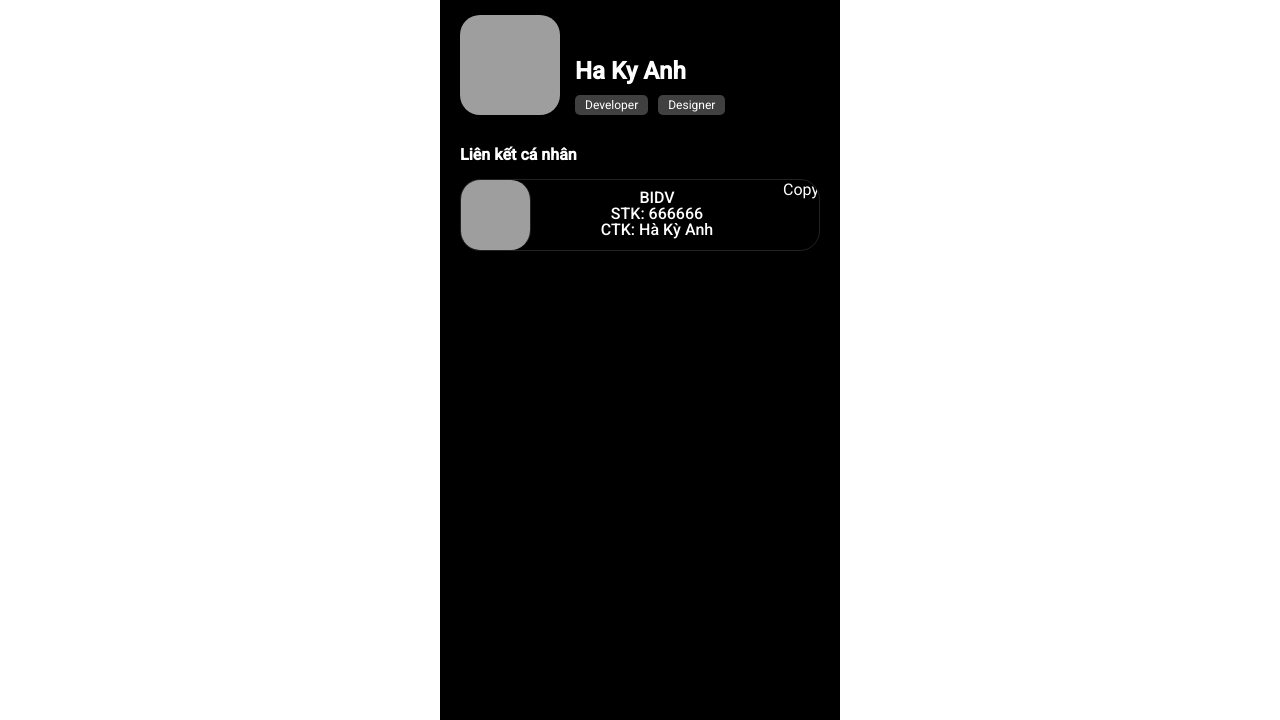
Repository: yzarc204/nguyen-tien-viet-hoang
Page: thong-tin-thanh-toan/index.html
These files come from the project's save history. The page is drawn as it stood at one moment and after the next save; the edit follows.
The browser window is 1280 px wide. The pictures show the whole page.
Pictures or frames that could not be fetched are drawn as grey boxes.

Above is the page before, as saved 2021-09-27 10:52:32.

After the next save:
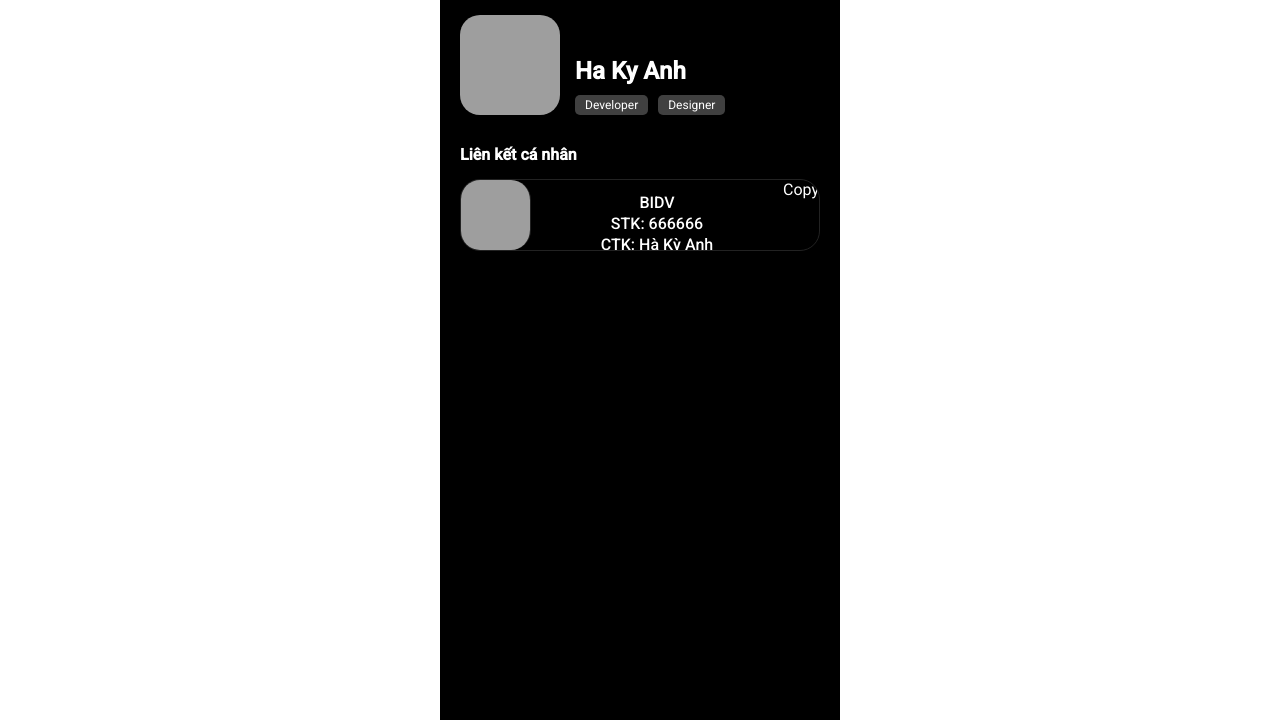
Saved 10 s later.
--- a/thong-tin-thanh-toan/public/css/index.css
+++ b/thong-tin-thanh-toan/public/css/index.css
@@ -104,7 +104,7 @@ body {
     line-height: 1;
 }
 .bank-info > p {
-    margin: 0;
+    margin: 5px 0px;
 }
 .bank-name{
 
